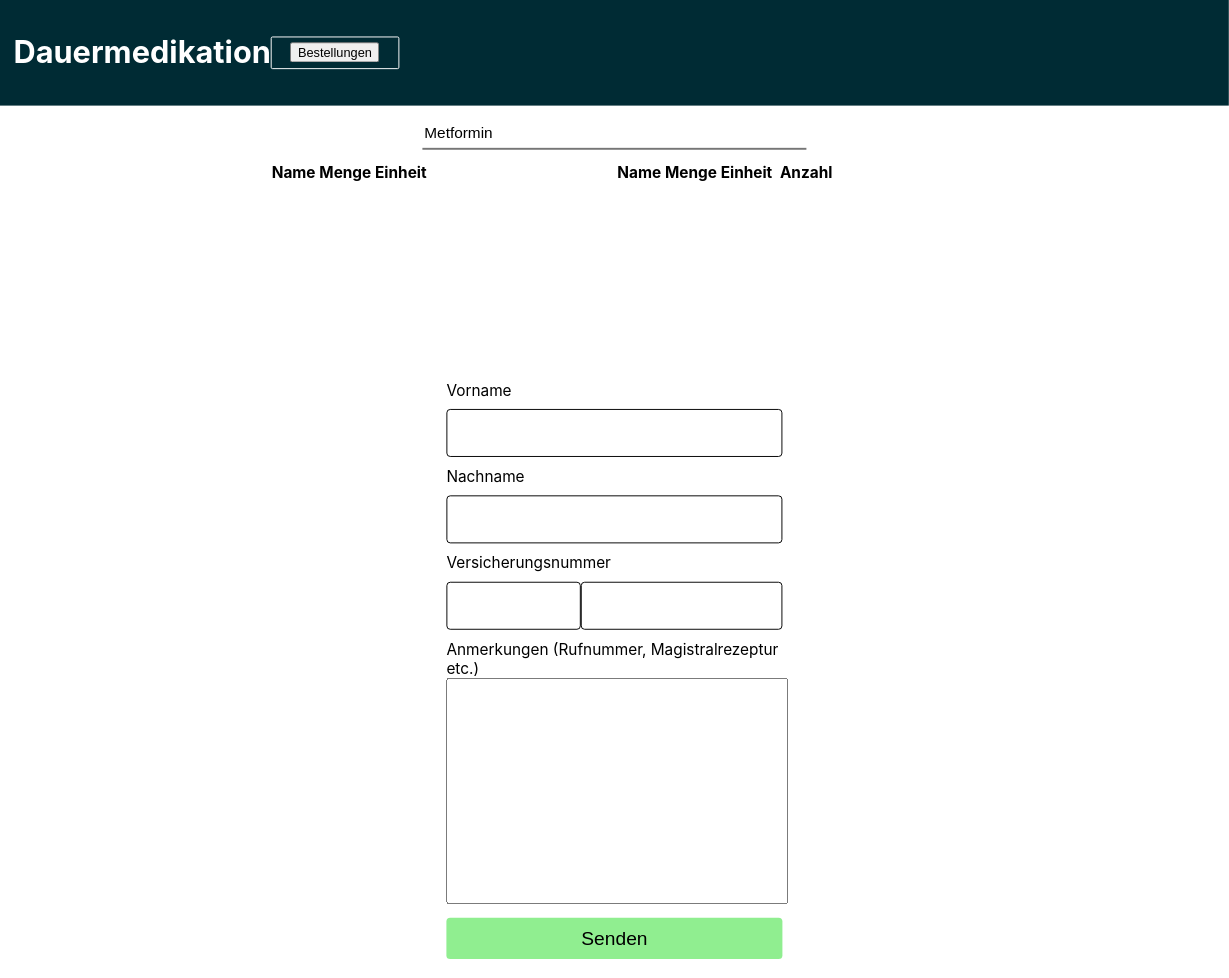
Repository: Esatollah/MedDemo
Page: / (app in client/)
The author's editor kept a copy of each file at every save. The page is drawn from the files as they stood at one save, then again after the next save.
The browser window is 1280 px wide. The pictures show the whole page, at 96% of full size.
The page's requests for data from a server got no answer. The project was rebuilt for these pictures with package versions that can differ from the ones it lists, and the page was loaded fresh each time. No one was signed in, and anything a server would have sent is missing. Also part of the build but not shown: client/src/Routes/Bestellungen.jsx.

Above is the page before, as saved 2022-06-10 18:12:25.

After the next save:
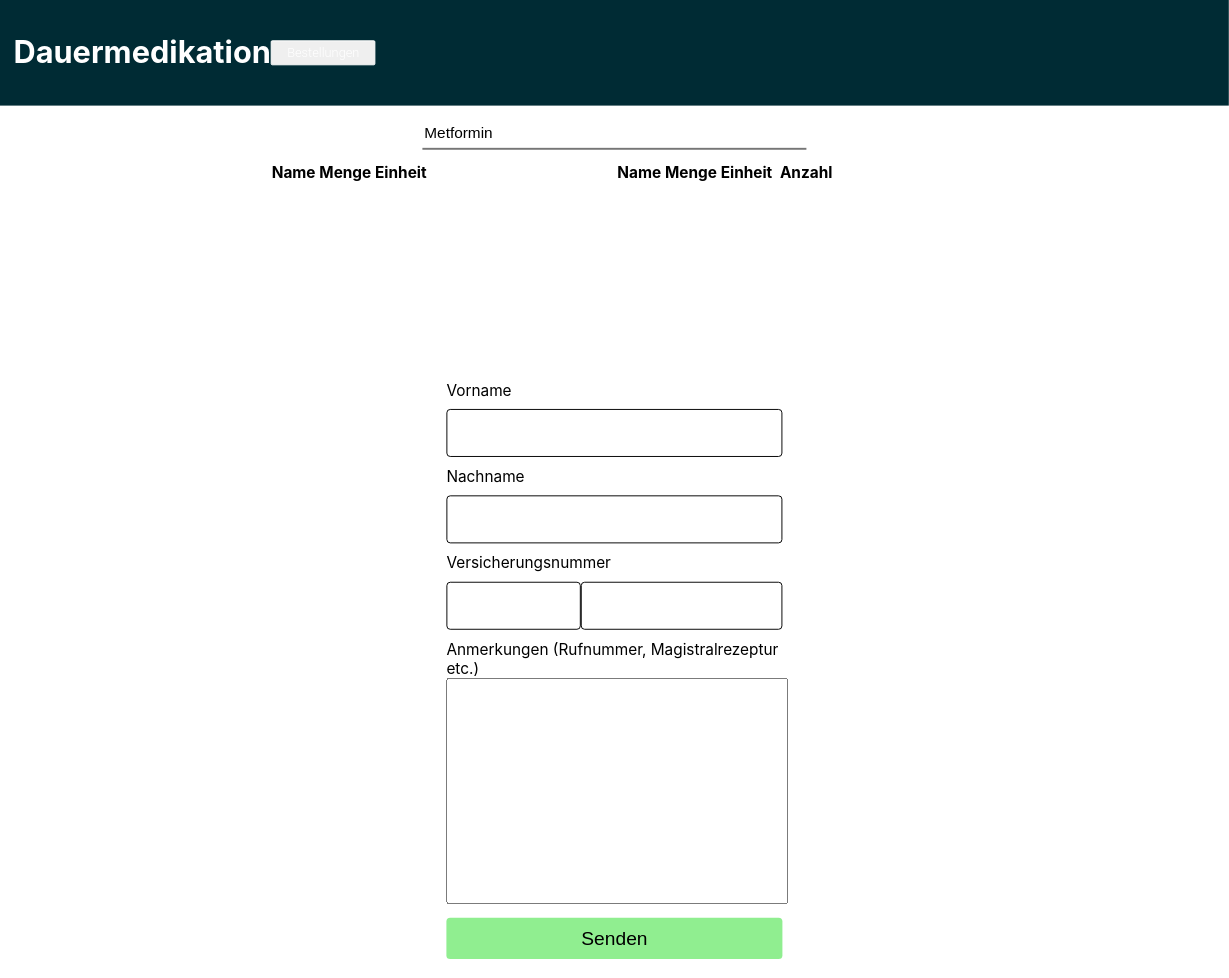
Saved 18 s later.
--- a/client/src/Styles/NavbarStyles.js
+++ b/client/src/Styles/NavbarStyles.js
@@ -12,7 +12,7 @@ export const NavWrap = styled.div`
         color: #fff;
     }
 
-    div a{
+    div a input{
     margin-left: auto;
     display:inline-block;
     padding:0.35em 1.2em;
